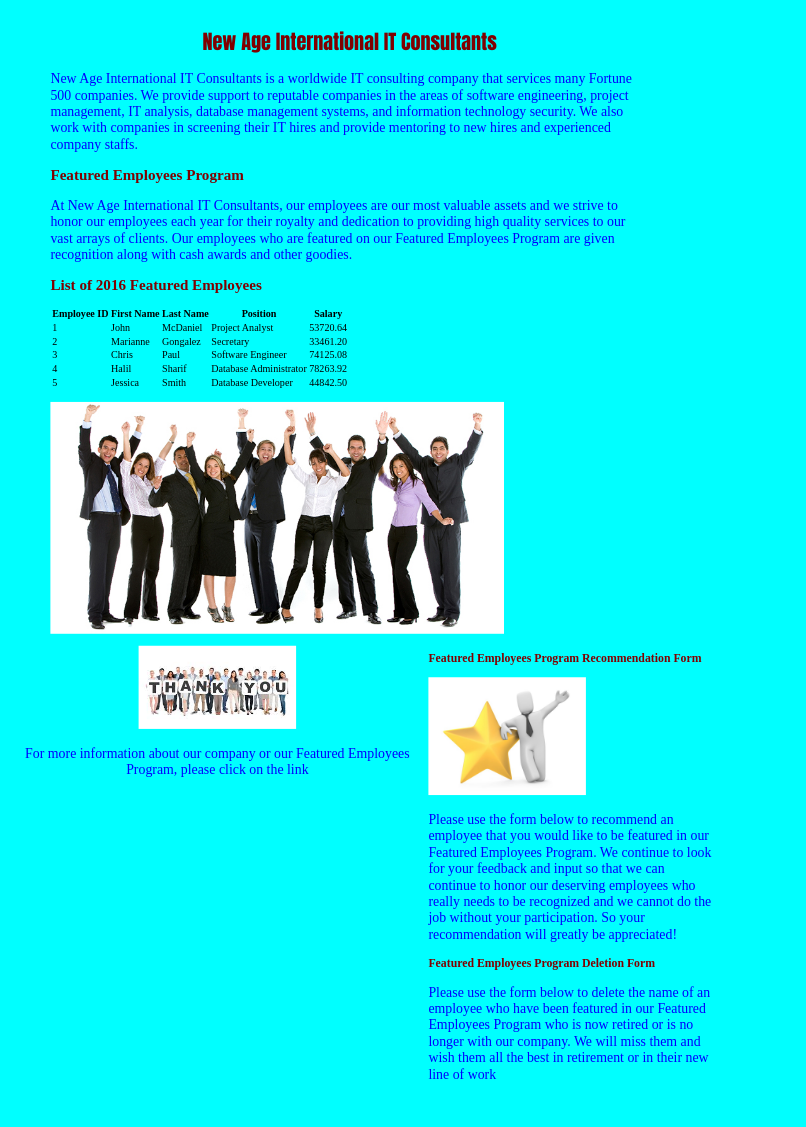
Repository: myjavaweb2/Week5JDBCAssignments
Page: myweek4project/src/main/webapp/employee.html
An editor plug-in stored every save of this project. The page is shown before and after the next save, followed by the edit.
The browser window is 1280 px wide. The pictures show the whole page, at 63% of full size.

Above is the page before, as saved 2016-08-30 18:40:55.

After the next save:
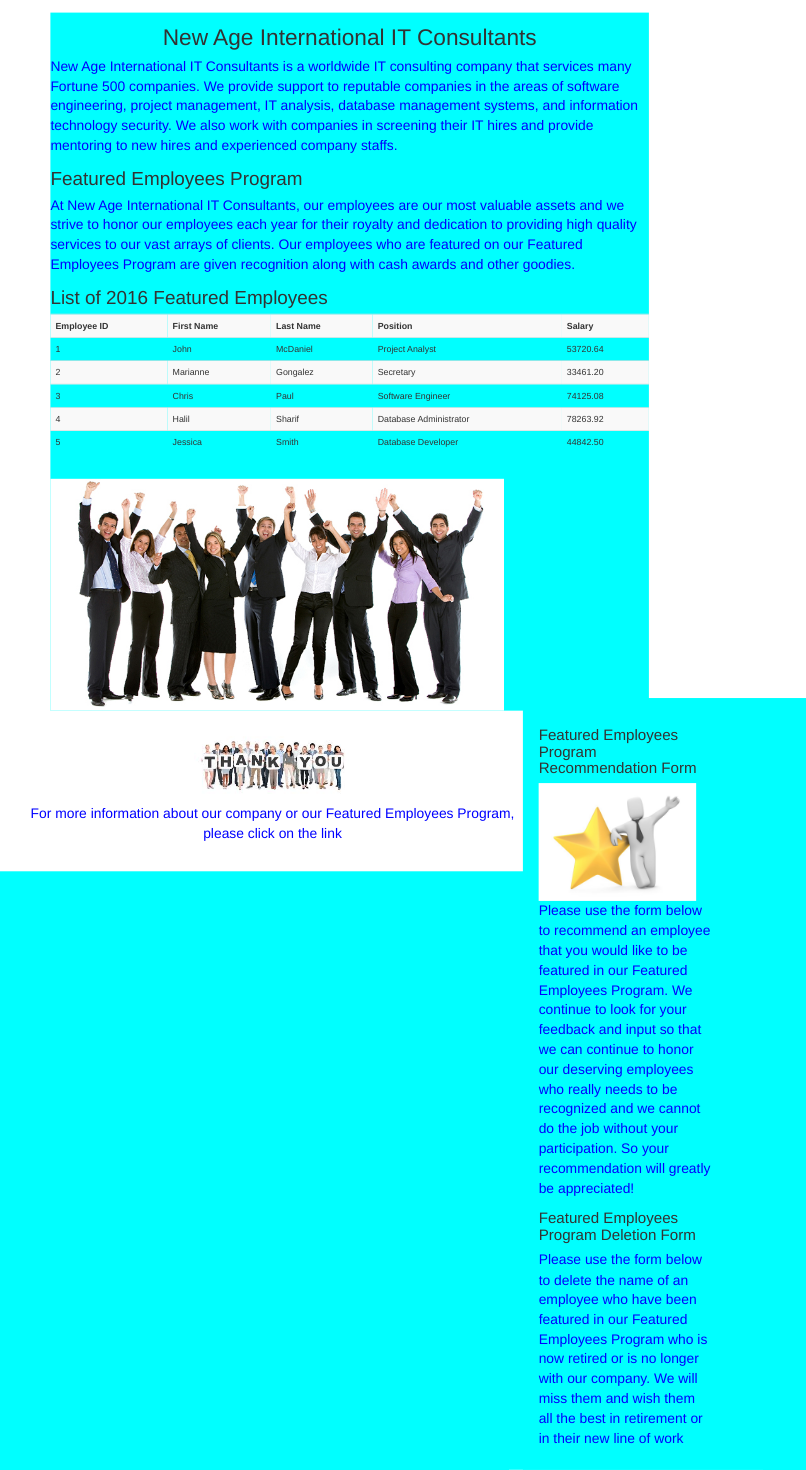
Saved 110 s later.
--- a/myweek4project/src/main/webapp/employee.html
+++ b/myweek4project/src/main/webapp/employee.html
@@ -5,8 +5,9 @@
 <title>Employee Recognition Program</title>
 
 <link rel="stylesheet" type="text/css" href="styles.css">
-</head>
-<body>
+
+<!-- Latest compiled and minified CSS -->
+<link rel="stylesheet" href="https://maxcdn.bootstrapcdn.com/bootstrap/3.3.7/css/bootstrap.min.css" integrity="sha384-BVYiiSIFeK1dGmJRAkycuHAHRg32OmUcww7on3RYdg4Va+PmSTsz/K68vbdEjh4u" crossorigin="anonymous">
 
 <main>
 <h1>New Age International IT Consultants</h1>
